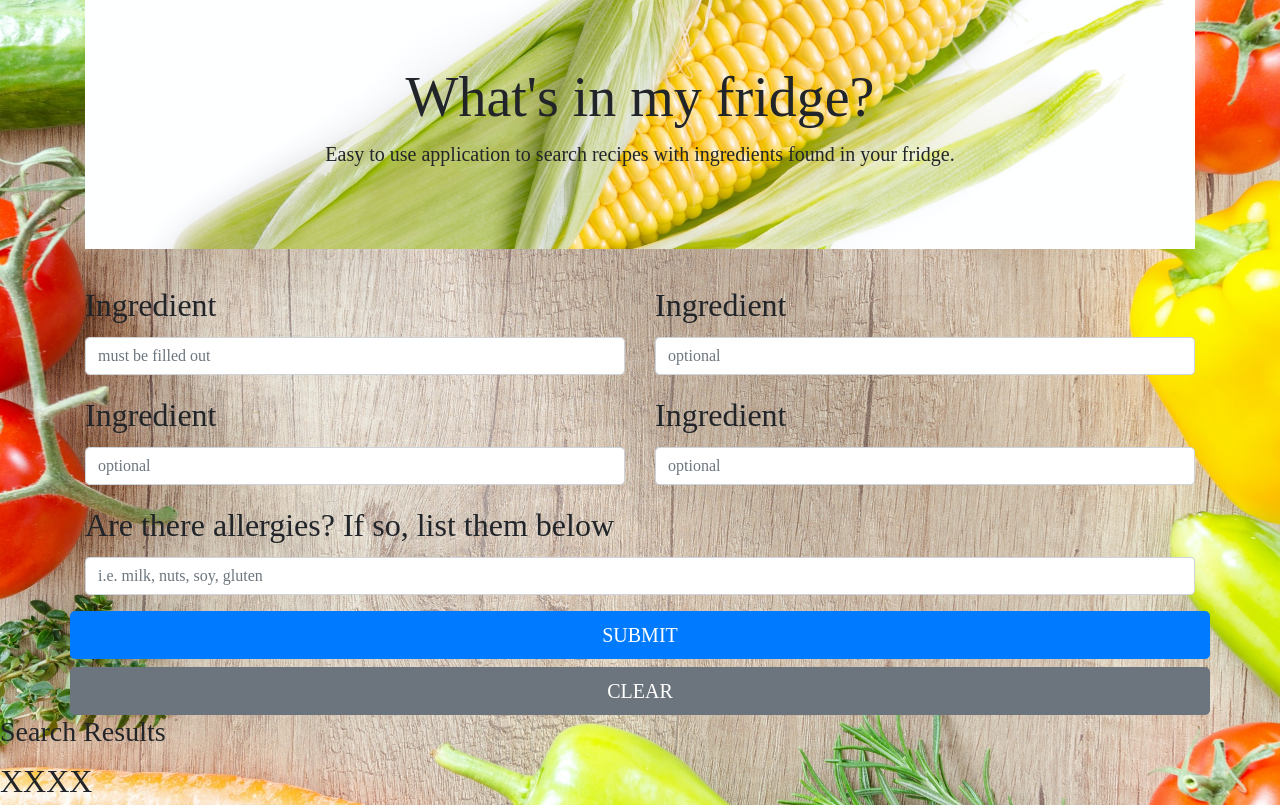
Repository: ogipajic/Recipe_API
Page: index.html
These files come from the project's save history. The page is drawn as it stood at one moment and after the next save; the edit follows.
The browser window is 1280 px wide. The pictures show the whole page.
Backgrounds fixed to the window are drawn as part of the page. Some web fonts or font styles are not loaded; a fallback is used.

Above is the page before, as saved 2020-07-06 15:39:09.
Not found: script.js

After the next save:
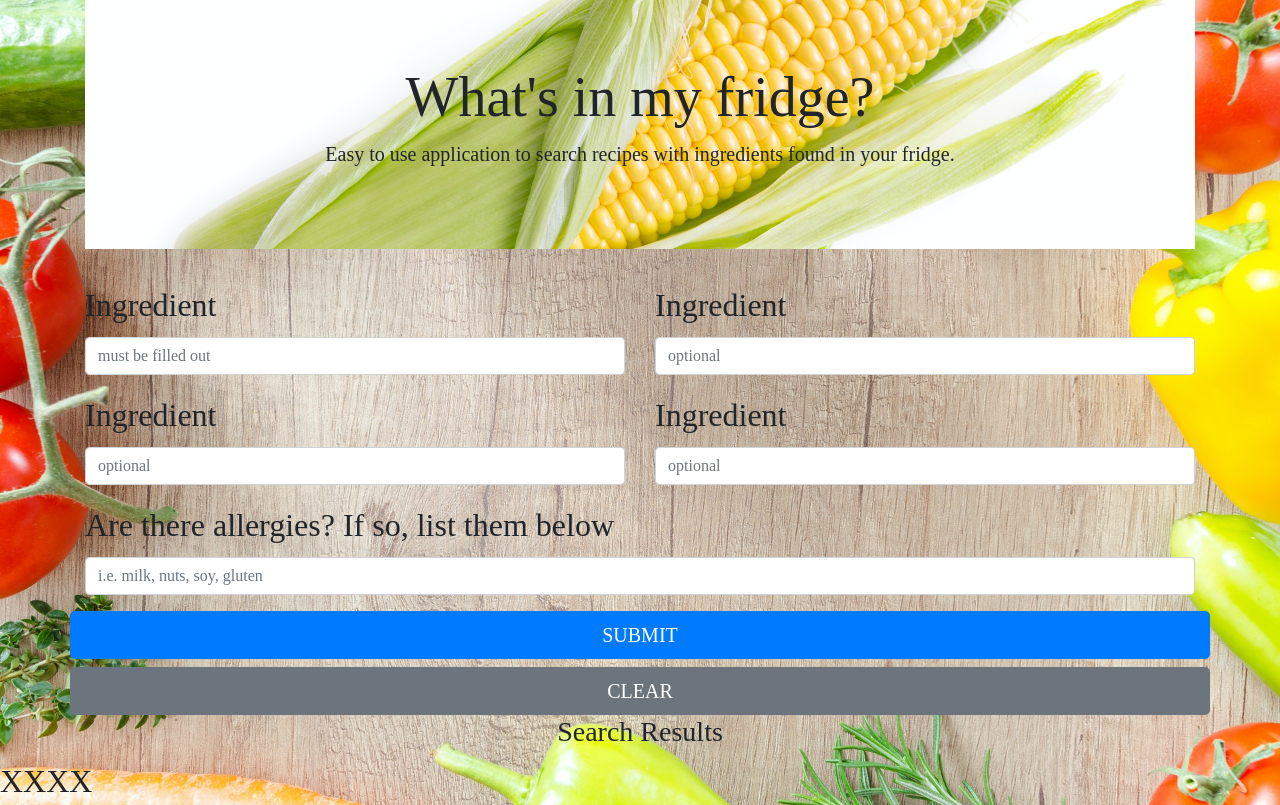
Saved 28 s later.
--- a/stylesheet.css
+++ b/stylesheet.css
@@ -18,6 +18,10 @@ body {
     background-size: cover;
 }
 
+.panel-heading {
+    text-align: center;
+}
+
   @media screen and (max-width: 768px) {
     .jumbotron {
       padding-top:20px;
